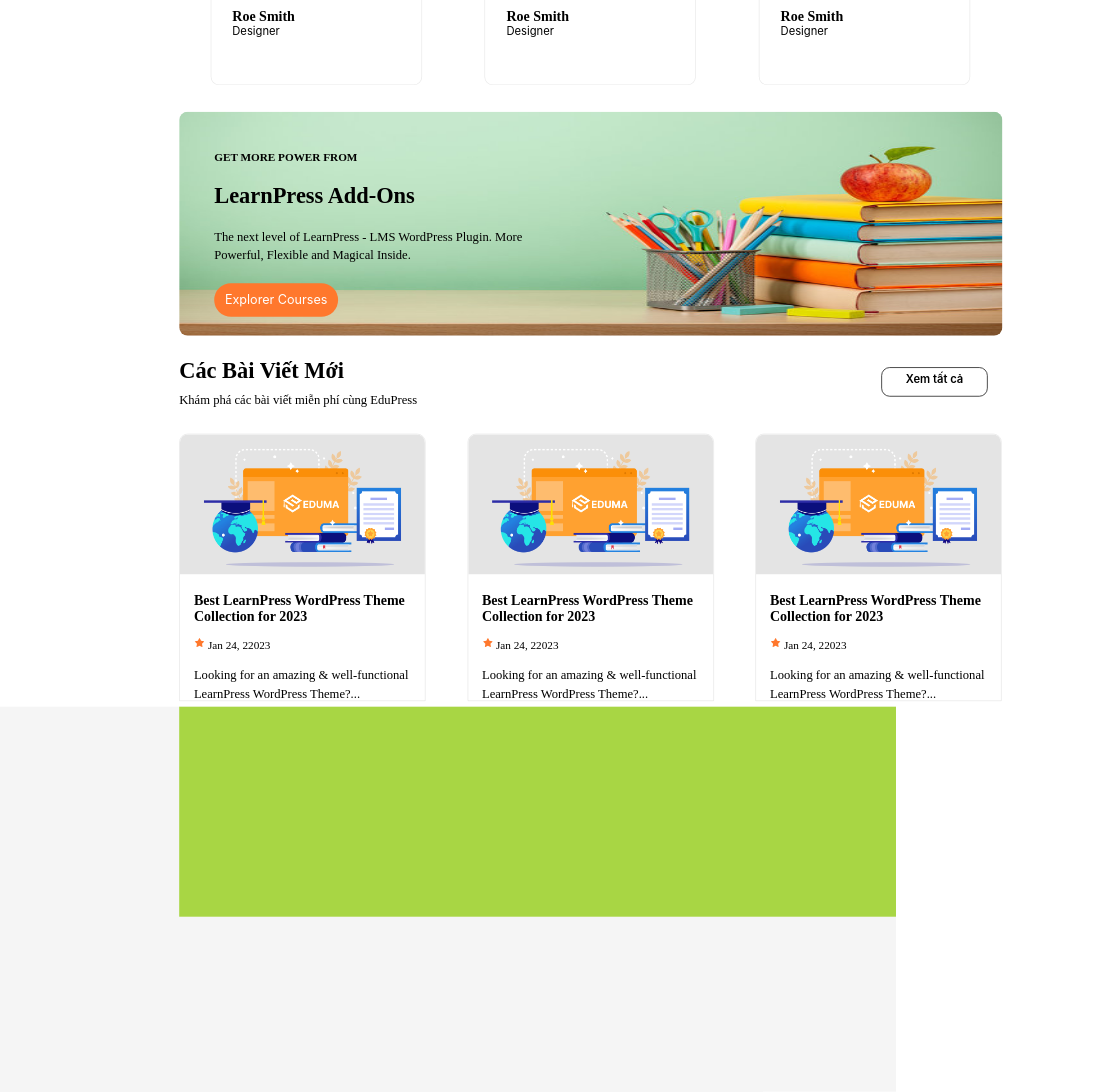
Repository: hieu1802/WebsiteEdupress
Page: / (app in my-app/)
An editor plug-in stored every save of this project. The page is shown before and after the next save, followed by the edit.
The browser window is 1280 px wide. The page is 1600 px wide, so the pictures cover 1600 px, including what lies to the right of the window. The pictures show the part of the page from y = 4351 to 5911 px (the page is 5911 px tall), at 70% of full size.
The project was rebuilt for these pictures with package versions that can differ from the ones it lists, and the page was loaded fresh each time. Also part of the build but not shown: my-app/src/App.css.

Above is the page before, as saved 2024-08-08 12:07:24.

### my-app/src/App.jsx
import logo from './logo.svg';
import './App.css';
import HomePage from './Components/HomePage/HomePage.jsx';

function App() {
  return (
  <>
    <HomePage/>
  </>
  );
}

export default App;

### my-app/src/Components/HomePage/HomePage.jsx
import React from 'react'
import Header from './Header.jsx'
import { ContainerPage } from './ContainerPage.jsx'
import Footer from './Footer.jsx'

function HomePage() {
  return (
    <>
      <Header/>
      <ContainerPage/>
      <Footer/>
    </>
  )
}

export default HomePage

### my-app/src/Components/HomePage/Header.jsx
import React from 'react'
import img01 from '../img/EduPress.png'
import img02 from '../img/img02.jpg'
import img03 from '../img/img03.png'
import './HomePage.css'
import { IoIosSearch } from "react-icons/io";

function Header() {
  return (
    <>
        <div className='Header'>
            <div className='logoHeader'>
                <img src={img01}/>
                <h3>EduPress Academy</h3>
            </div>
            <ul>
                <li>Trang Chủ</li>
                <li>Khóa Học</li>
                <li>Kết Nối</li>
                <li>Đánh giá</li>
                <li>Blog</li>
                <div className='ulInput'>
                    <input placeholder='Tìm Kiếm ...'/>
                    <div className='btnHeader'><IoIosSearch  className='btnIcon'/></div>
                </div>

            </ul>
            <div className='loginHeader'>
                <div><span>Đăng Nhập</span>/<span>Đăng kí</span></div>

            </div>
        </div>
        <div className='posterHeader'>
            <img src={img02}/>
            <div className='posterContent'>
               <div className='posterSologun'>
                  <h1>EduPress Academy</h1>
                  <h2>Website học Online hàng đầu Việt Nam tích hợp đầy đủ mọi thông tin, kiến thức và những kỹ năng để giúp các bạn chinh phục mọi khó khăn một cách hoàn hảo</h2>
                  <div className='btnPoster'>Tìm hiểu ngay </div>
               </div>
               <div className='posterAvatar'>
                  <img src={img03}/>
               </div>
            </div>
        </div>
    </>

  )
}

export default Header

### my-app/src/Components/HomePage/Footer.jsx
import React from 'react'

function Footer() {
  return (
    <div className='footerPage'>
        <div className='footerContaier'>

        </div>
    </div>
  )
}

export default Footer

### my-app/src/Components/HomePage/HomePage.css
*{
    margin: 0;
    padding: 0;
    list-style: none;
    text-decoration: none;
}

.Header{
    width: 100%;
    height: 72px;
    display: flex;
    justify-content: space-between;

}

.logoHeader{
    width: 25%;
    height: 100%;
    display: flex;
    gap: 10px;
    margin-left: 70px;
}


h3{
    font-size: 25px;
    margin-top: 15px;
    color: rgba(241, 152, 34, 0.979);
}

.Header > ul{

    display: flex;
    width:60%;
}

.Header > ul > li{
    width: 100px;
    text-align: center;
    padding: 20px;
    font-size: 20px;
    font-weight: 600;
    cursor: pointer;
}

.Header > ul > li:hover{
    background-color: rgba(246, 243, 238, 0.633);
    color: rgba(241, 152, 34, 0.979);
}

.ulInput{
    width: 400px ;
    padding: 20px;
    display: flex;
}

.ulInput > input{
    margin-right:10px;
    text-align: center;
    font-size: 15px;
    width: 400px;
    height: 35px;
    border: 1px solid #00000010;
    background-color: rgba(240, 234, 234, 0.815);
    border-radius: 12px;
}

.btnHeader{
    width: 100px;
    margin: auto;
    cursor: pointer;
}
.btnIcon{
    font-size: 25px;
}
.loginHeader{
    display: flex;
    width: 15%;
    height: 72px;
    margin-right: 100px;
    cursor: pointer;
}

.loginHeader > div{
   margin: auto;
   font-size: 20px;
   font-weight: 600;
   text-align: center;
}

.loginHeader > div > span{
    margin: 10px;
}

.loginHeader > div > span:hover {
    color: rgba(241, 152, 34, 0.979);
}

.posterHeader{
    width: 100%;
    height: 552px;
    background-color: black;
    display: flex;
}

.posterHeader > img{
    width: 100%;
}

.posterContent{
    position: absolute;
    display: flex;
    margin-left: 400px;
    margin-top: 10px;
    width: 1200px;
    height: 400px;

    z-index: 999;
}

.posterSologun{
    width: 60%;
}

.posterSologun > h1{
    font-size: 70px;
    text-align: center;
    color: rgba(241, 152, 34, 0.979);
    margin-top: 50px;
    margin-bottom: 10px;
}

.posterSologun > h2{
    font-size: 20px;
    text-align: center;
}

.btnPoster{
    width: 200px;
    height: 40px;
    background-color: red;
    font-size: 20px;
    color: #fff;
    text-align: center;
    border-radius: 12px;
    cursor: pointer;
    gap: 10px;
    margin-top: 50px;
    margin-left: 35%;
}

.posterAvatar{
    width: 35%;
    margin-left: 30px;

}

.posterAvatar > img{
    width: 100%;
    margin-top: 30px;
}

/************************ContainerPage**************************/

.ContainerPage{
    position: relative;
    width: 1200px;
    height: 100%;

    margin-left: 20%;
}

.categories{
    width: 100%;
    height: 640px;
    background-color: #fff;
    margin-top: 50px;
}

.textCategories{
    width: 100%;
    height: 77px;
    background-color: #fff;
    display: flex;
    justify-content: space-between;
}
.topCategories>h3{
    color: black;
    font-size: 30px;
    margin-bottom: 5px;
    margin-top: 0px;
    font-weight: 500;
}


.btnCategories{
    width: 150px;
    height: 40px;
    border: 1px solid #000000;
    border-radius: 12px;
    margin-top: 15px;
    margin-right: 20px;
    cursor: pointer;
}

.btnCategories:hover{
    background-color: rgba(244, 25, 25, 0.757);
    color: #fff;
}

.btnCategories > p{
    text-align: center;
    margin-top: 5px;
    font-weight: 600;
}

.boxCategories{
    width: 100%;
    height: 100%;
    display: grid;
    grid-template-columns: 1fr 1fr 1fr 1fr 1fr;
    margin-top: 30px;
}

.miniBox{
    width: 200px;
    height: 200px;
    border: 1px solid #0000001a;
    border-radius: 20px;
    display: flex;
    align-items: center;
    flex-direction: column;
    justify-content: center;
    margin-left: 20px;
}

.iconBox{
    font-size: 60px;
    margin-bottom: 20px;
    color: rgba(241, 152, 34, 0.979);
}

.miniBox > h4{
    font-size: 25px;
    margin-bottom: 20px;
}

.miniBox > h5{
    font-size: 20px;
    font-weight: 100;
}

.courses{
    width: 1200px;
    height: 100%;
    margin-top: 30px;
}

.boxCourses{
    width: 1200px;
    height: 1100px;
    display: grid;
    grid-template-columns: 1fr 1fr 1fr;
    margin-top: 30px;
    margin-left: 10px;
}
.boxFeaturedCourses{
    width: 360px;
    height: 470px;
    border: 2px solid #0000001a ;
    border-radius: 24px 24px 0 0;
}

.boxFeaturedCoursesImg{
    width: 100%;
    height: 250px;
    gap: 16px;
}
.boxFeaturedCoursesImg > img{
    width: 100%;
    height: 100%;
    border-radius: 24px 24px 0 0;
}

.boxFeaturedCoursesContent{
    width: 360px;
    height: 180px;
    padding: 20px;
}

.boxFeaturedCoursesContentText{
    width: 300px;
    height: 100px;
    background-color: #fff;
}

.boxFeaturedCoursesContentText > p >span{
    font-family: exo;
    font-size: 20px;
    font-weight: 500;
}

.boxFeaturedCoursesContentText > h4{
    font-family: exo;
    font-size: 24px;
    font-weight: 600;
    margin-top: 10px;
}

.boxFeaturedCoursesContentMeta{
    width: 200px;
    height: 24px;
    display: flex;
    background-color: #fff;
    margin-top: 16px;
    margin-bottom: 16px;
    justify-content: space-between;
}

.boxFeaturedCoursesContentMeta > span{
    display: flex;
    font-size: 16px;
}

.boxFeaturedCoursesContentPrice{
    width: 300px;
    height: 28px;
    background-color: #fff;
    display: flex;
    justify-content: space-between;
    font-size: 16px;
}

.price{
    display: flex;
}

.price > p{
    text-decoration: line-through;
    color: var(--Grey, #9D9D9D);
    font-weight: 700;
    margin-right: 10px;
}

.price > span{
    color: green;
    font-weight: 700;
}

.banner{
    width: 1200px;
    height: 320px;
    border-radius: 12px;
    position: relative;
    display: flex;
    margin-top: 30px;
}

.bannerContent{
    width: 450px;
    height: 240px;
    gap: 24px;
    position: absolute;
    margin-top: 54px;
    margin-left: 50px;
    display: flex;
    flex-direction: column;
    justify-content: space-around;
}

.bannerContent > h5{
    font-family: Exo;
    font-size: 16px;
    font-weight: 600;
    line-height: 19.2px;
    text-align: left;
}

.bannerContent > h2{
    font-family: Exo;
    font-size: 32px;
    font-weight: 600;
    line-height: 38.4px;
    text-align: left;
}

.bannerContent > p{
    font-family: Jost;
    font-size: 18px;
    font-weight: 400;
    line-height: 27px;
    text-align: left;
}

.btnBanner{
    width: 177px;
    height: 36px;
    border-radius: 24px;
    text-align: center;
    padding-top: 12px;
    background: var(--Primary, #FF782D);
    font-size: 18px;
    color: #fff;
}


.counterBox{
    width: 1175px;
    height: 150px;
    margin-top: 30px;
    display: flex;
    justify-content: space-between;
}

.counterBoxContent{
    width: 250px;
    height: 100%;
    background: var(--White_grey, #F5F5F5);
    display: flex;
    flex-direction: column;
    justify-content: center;
    border-radius: 12px;
    align-items: center;
}

.counterBoxContent > h2{
    font-family: Exo;
    font-size: 56px;
    font-weight: 600;
    line-height: 38.4px;
    text-align: left;
    color: var(--Primary, #FF782D);
}

.counterBoxContent > a{
    font-family: Jost;
    font-size: 20px;
    font-weight: 500;
    line-height: 27px;
    text-align: left;
    text-decoration: none;
    color: #000000;
    margin-top: 16px;
}

.boxConnect{
    width: 1175px;
    height: 450px;
    margin-top: 30px;
    display: flex;
}

.boxConnectImg{
    width: 56%;
    height: 100%;
}

.boxConnectContent{
    width: 520px;
    height: 380px;
    border: 2px solid #0000001a ;
    margin-top: 35px ;
    border-radius: 24px;
}

.boxConnectText{
    width: 100%;
    height: 80px;
}

.boxConnectText > h2{
    font-family: Exo;
    font-size: 32px;
    font-weight: 600;
    line-height: 38.4px;
    text-align: left;
    text-align: center;
    padding-top: 20px;
}

.boxConnectContainer{
    width: 100%;
    height: 300px;
}

.introduce{
    width: 100%;
    height: 60px;
    padding-left: 15px;
}

.introduce > p{
    font-family: Jost;
    font-size: 18px;
    font-weight: 400;
    line-height: 27px;
    text-align: left;

}

.connect{
    width: 100%;
    height: 240px;
    font-size: 18px;
    display: flex;
    flex-direction: column;
    justify-content: space-around;
}

.connect > span > a{
    font-size: 18px;
    color: blue;
}
.connectIcons{
    color: green;
    font-size: 24px;
    margin-right: 15px;
    margin-left: 15px;
}

.boxFeedbacks{
    width: 1175px;
    height: 540px;
    margin-top: 30px;
}

.feedbacksHeading{
    width: 100%;
    height: 80px;
}

.feedbacksHeading > h2{
    font-family: Exo;
    font-size: 32px;
    font-weight: 600;
    line-height: 38.4px;
    text-align: center;
}

.feedbacksHeading > p{
    font-family: Jost;
    font-size: 18px;
    font-weight: 400;
    line-height: 27px;
    text-align: center;
    margin-top: 15px;
}

.feedbacksHeadingContent{
    width: 100%;
    height: 400px;
    margin-top: 50px;
    display: flex;
    justify-content: space-around;
}

.feedbackItems{
    width: 300px;
    height: 400px;
    background-color: #fff;
    position: relative;
    border: 1px solid #00000016;
    border-radius: 12px;
}

.feedbacksContents{
    position: absolute;
    width: 240px;
    height: 230px;
    margin: auto;
    margin-top: 50px;
    margin-left: 30px;
}

.feedbacksIdName{
    width: 100px;
    height: 60px;
    position: absolute;
    margin-top: 290px;
    margin-left: 30px;
}

.feedbacksIdName > h4{
    font-family: Exo;
    font-size: 20px;
    font-weight: 600;
    line-height: 24px;
    text-align: left;

}

.articles{
    width: 1175px;
    height: 500px;
    margin-top: 30px;
}

.articlesHeading{
    width: 100%;
    height: 80px;
    display: flex;
    justify-content: space-between;
}

.articlesTitle{
    width: 780px;
    height: auto;
}

.articlesTitle > h2{
    font-family: Exo;
    font-size: 32px;
    font-weight: 600;
    line-height: 38.4px;
    text-align: left;
}

.articlesTitle > p{
    font-family: Jost;
    font-size: 18px;
    font-weight: 400;
    line-height: 27px;
    text-align: left;
    margin-top: 10px;
}

.articlesContainer{
    width: 100%;
    height: 420px;
    display: flex;
    justify-content: space-between;
}

.articlesBox{
    width: 350px;
    height: 380px;
    margin-top: 30px;
    border-radius: 12px 12px 0 0;
    border: 1px solid #0000001b;
}

.articlesBox > img{
    width: 100%;
    height: 200px;
    border-radius: 12px 12px 0 0;
}

.articlesContent{
    width: 360px;
    height: 160px;
    padding: 20px;
    display: flex;
    flex-direction: column;
    justify-content: space-between;
}

.articlesContent >h4{
    font-family: Exo;
    font-size: 20px;
    font-weight: 600;
    line-height: 24px;
    text-align: left;
}

.articlesContent > span{
    font-family: Jost;
    font-size: 16px;
    font-weight: 400;
    line-height: 24px;
    text-align: left;
}

.articlesContent > p{
    font-family: Jost;
    font-size: 18px;
    font-weight: 400;
    line-height: 27px;
    text-align: left;
}

/****************************FOOTER***************/
.footerPage{
    width: 100%;
    height: 550px;
    background-color: #F5F5F5;
    position: relative;
    display: flex;
}

.footerContaier{
    width: 1175px;
    height: 300px;
    background-color: rgb(168, 214, 68);
    margin-left: 20%;
}

Loaded but not shown: my-app/public/index.html (common file); my-app/src/index.js (common file); my-app/src/index.css (common file); my-app/src/reportWebVitals.js (common file); my-app/src/Components/HomePage/ContainerPage.jsx (326 lines, source omitted)

After the next save:
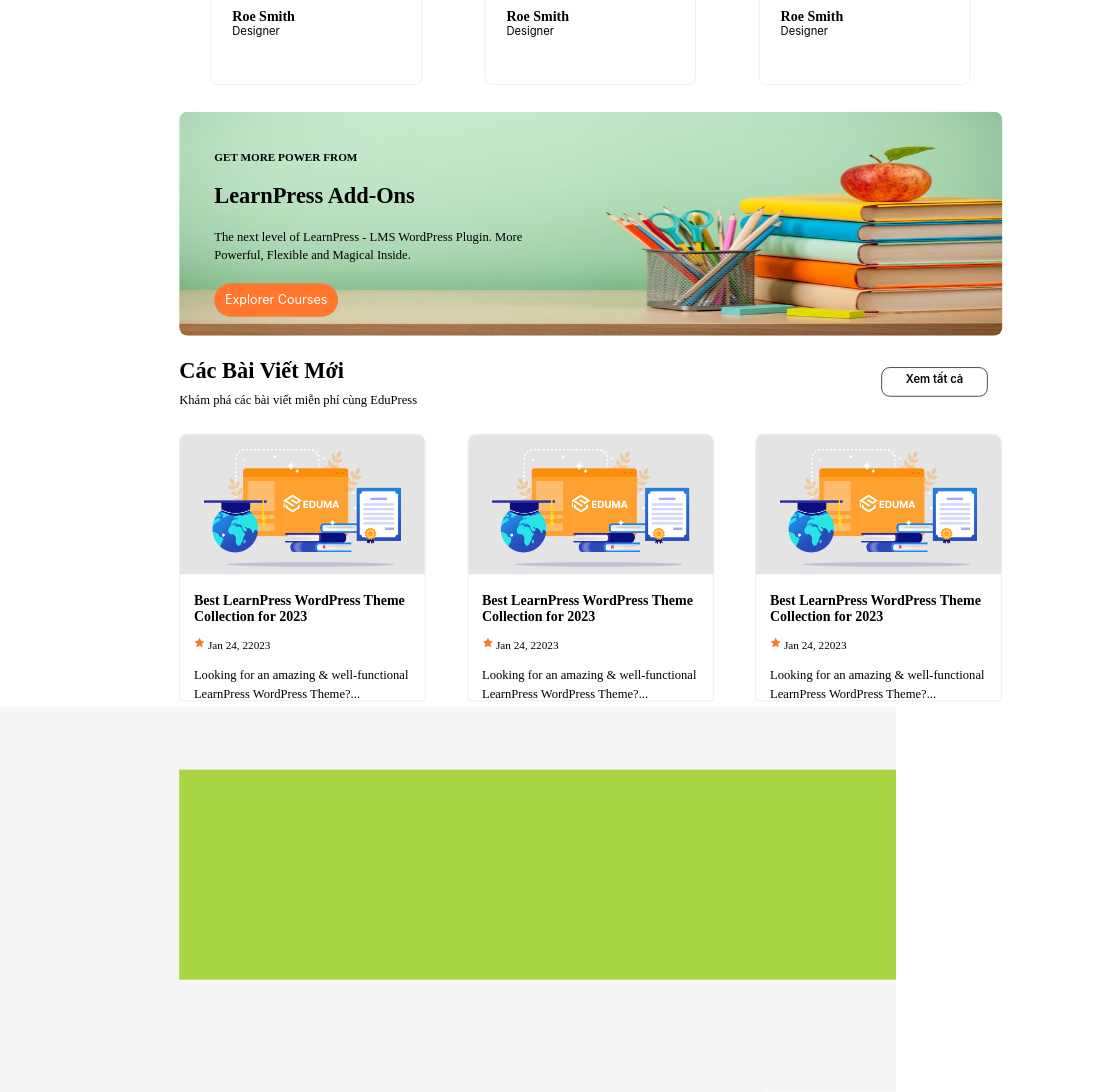
Saved 31 s later.
--- a/my-app/src/Components/HomePage/HomePage.css
+++ b/my-app/src/Components/HomePage/HomePage.css
@@ -692,4 +692,7 @@
     height: 300px;
     background-color: rgb(168, 214, 68);
     margin-left: 20%;
-}
+    margin-top: 90px;
+    display: flex;
+    justify-content: space-between;
+}
